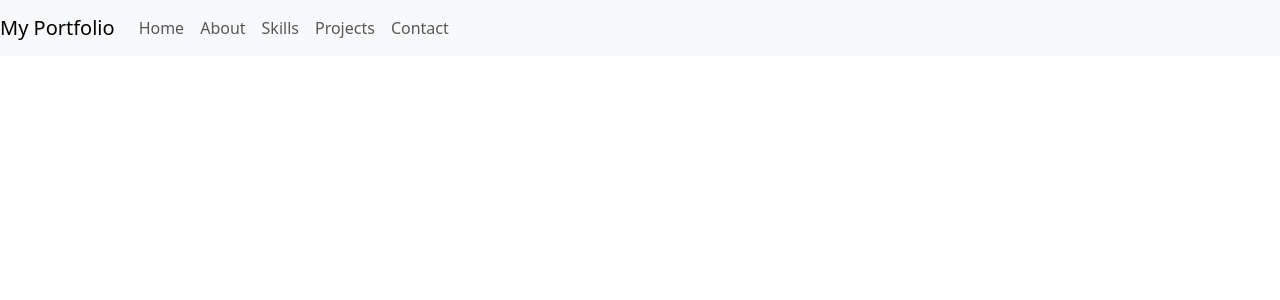
Repository: NalweMari/My-Personal-Portfolio
Page: index.html
An editor plug-in stored every save of this project. The page is shown before and after the next save, followed by the edit.
The browser window is 1280 px wide. The pictures show the whole page.

Above is the page before, as saved 2025-11-27 12:30:53.
Console error (its wording comes from the project's code and is left out).

### index.html
<!DOCTYPE html>
<html lang="en">

<head>
    <meta charset="UTF-8">
    <meta name="viewport" content="width=device-width, initial-scale=1.0">
    <title>My Portfolio</title>
    <link rel="stylesheet" href="style.css">
    <!-- Bootstrap CSS -->
    <link href="https://cdn.jsdelivr.net/npm/bootstrap@5.3.0/dist/css/bootstrap.min.css" rel="stylesheet">
    <!-- Font Awesome for icons -->
    <link rel="stylesheet" href="https://cdnjs.cloudflare.com/ajax/libs/font-awesome/6.4.0/css/all.min.css">

</head>

<body>
    <!-- Navigation -->


    <nav class="navbar navbar-expand-lg navbar-light bg-light pink">
        <div></div>
            <a class="navbar-brand" href="#">My Portfolio</a> <button
            class="navbar-toggler" type="button" data- 6 toggle="collapse" data-target="#navbarNav"
            aria-controls="navbarNav" aria-expanded="false" aria-label="Toggle navigation"> <span
                class="navbar-toggler-icon"></span> </button>

        <div class="collapse navbar-collapse" id="navbarNav">
            <ul class="navbar-nav">
                <a class="nav-link" href="#">Home</a>
                </li>
                <li class="nav-item">
                    <a class="nav-link" href="#">About</a>
                </li>
                <li class="nav-item">
                    <a class="nav-link" href="#">Skills</a>
                </li>
                <li class="nav-item">
                    <a class="nav-link" href="#">Projects</a>
                </li>
                <li class="nav-item">
                    <a class="nav-link" href="#">Contact</a>
                <li class="nav-item active">
            </ul>
        </div>
         </div>
    </nav>

    <script src="https://stackpath.bootstrapcdn.com/bootstrap/4.5.2/js/bootstrap.min.js"></script>
</body>

</html>

### Style.css
.hero-section {
  background: linear-gradient(rgba(0, 0, 0, 0.7), beige),
    url("https://via.placeholder.com/1500") center/cover no-repeat;
  color: white;
  padding: 150px 0;
}
.skill-bar {
  height: 20px;
  background-color: #e9ecef;
  border-radius: 5px;
  margin-bottom: 15px;
}
.skill-progress {
  height: 100%;
  border-radius: 5px;
  background-color: #0d6efd;
}
.project-card {
  transition: transform 0.3s;
}
.project-card:hover {
  transform: translateY(-5px);
}

After the next save:
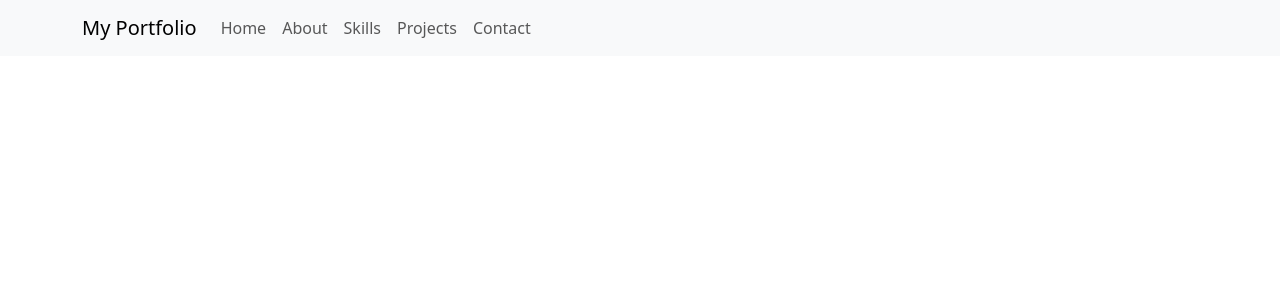
Saved 14 s later.
--- a/index.html
+++ b/index.html
@@ -16,9 +16,8 @@
 <body>
     <!-- Navigation -->
 
-
     <nav class="navbar navbar-expand-lg navbar-light bg-light pink">
-        <div></div>
+        <div class="container">
             <a class="navbar-brand" href="#">My Portfolio</a> <button
             class="navbar-toggler" type="button" data- 6 toggle="collapse" data-target="#navbarNav"
             aria-controls="navbarNav" aria-expanded="false" aria-label="Toggle navigation"> <span
